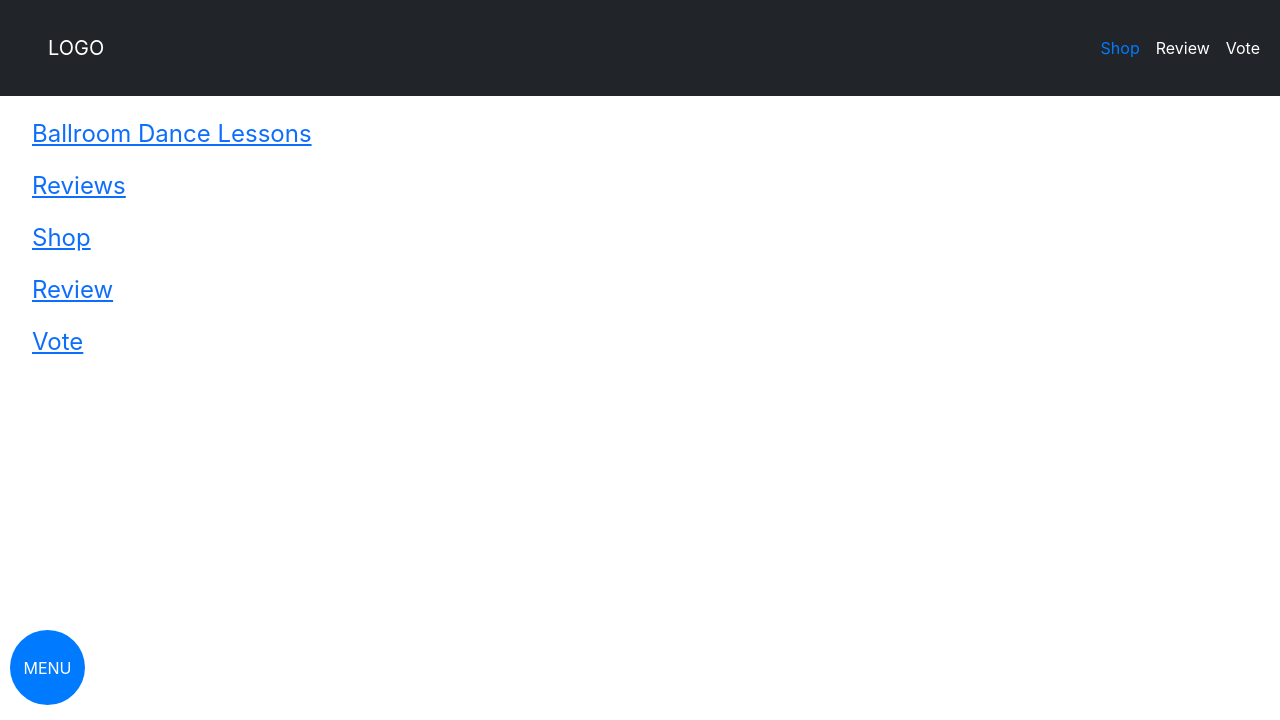
Repository: DragonFruit8/basic-website
Page: /shop
An editor plug-in stored every save of this project. The page is shown before and after the next save, followed by the edit.
The browser window is 1280 px wide. The pictures show the whole page.
The project was rebuilt for these pictures with package versions that can differ from the ones it lists, and the page was loaded fresh each time. Also part of the build but not shown: src/sections/MissionSec.js, src/sections/AboutSec.js, src/sections/ServiceSec.js, src/Img/LunaLogo.js, src/sections/SupportSec.js, src/sections/HeroSec.js, src/pages/HomePage.js.

Above is the page before, as saved 2024-06-23 08:53:52.

### public/index.html
<!DOCTYPE html>
<html lang="en">
  <head>
    <meta charset="utf-8" />
    <link rel="icon" href="%PUBLIC_URL%/favicon.ico" />
    <meta name="viewport" content="width=device-width, initial-scale=1" />
    <meta name="theme-color" content="#000000" />
    <meta
      name="description"
      content="Web site created using create-react-app"
    />
    <link rel="apple-touch-icon" href="%PUBLIC_URL%/logo192.png" />
    <!--
      manifest.json provides metadata used when your web app is installed on a
      user's mobile device or desktop. See https://developers.google.com/web/fundamentals/web-app-manifest/
    -->
    <link rel="manifest" href="%PUBLIC_URL%/manifest.json" />
    <link href="https://cdn.jsdelivr.net/npm/bootstrap@5.3.3/dist/css/bootstrap.min.css" rel="stylesheet" integrity="sha384-QWTKZyjpPEjISv5WaRU9OFeRpok6YctnYmDr5pNlyT2bRjXh0JMhjY6hW+ALEwIH" crossorigin="anonymous">
    <!--
      Notice the use of %PUBLIC_URL% in the tags above.
      It will be replaced with the URL of the `public` folder during the build.
      Only files inside the `public` folder can be referenced from the HTML.

      Unlike "/favicon.ico" or "favicon.ico", "%PUBLIC_URL%/favicon.ico" will
      work correctly both with client-side routing and a non-root public URL.
      Learn how to configure a non-root public URL by running `npm run build`.
    -->
    <title>React App</title>
  </head>
  <body>
    <noscript>You need to enable JavaScript to run this app.</noscript>
    <div id="root"></div>
    <!--
      This HTML file is a template.
      If you open it directly in the browser, you will see an empty page.

      You can add webfonts, meta tags, or analytics to this file.
      The build step will place the bundled scripts into the <body> tag.

      To begin the development, run `npm start` or `yarn start`.
      To create a production bundle, use `npm run build` or `yarn build`.
    -->
    <script src="https://cdn.jsdelivr.net/npm/@popperjs/core@2.11.8/dist/umd/popper.min.js" integrity="sha384-I7E8VVD/ismYTF4hNIPjVp/Zjvgyol6VFvRkX/vR+Vc4jQkC+hVqc2pM8ODewa9r" crossorigin="anonymous"></script>
<script src="https://cdn.jsdelivr.net/npm/bootstrap@5.3.3/dist/js/bootstrap.min.js" integrity="sha384-0pUGZvbkm6XF6gxjEnlmuGrJXVbNuzT9qBBavbLwCsOGabYfZo0T0to5eqruptLy" crossorigin="anonymous"></script>
  </body>
</html>

### src/App.js
import React from 'react';
import { BrowserRouter as Router, Routes, Route } from 'react-router-dom';
import './App.css';
import Navbar from './components/Navbar';
import Sidebar from './components/Sidebar';
import HomePage from './pages/HomePage';
import ShopPage from './pages/ShopPage';

function App() {

  return (
    <>
      <Router>
        <Navbar />
        <Sidebar />
        <Routes>
          <Route path="/" element={<HomePage />} />
          <Route path="/shop" element={<ShopPage />} />
        </Routes>
   </Router>
    </>
  );
}

export default App;

### src/App.css
.App {
  text-align: center;
  z-index: -10;
}

.App-logo {
  height: 40vmin;
  pointer-events: none;
  z-index: 0;
}

@media (prefers-reduced-motion: no-preference) {
  .App-logo {
    animation: App-logo-spin infinite 20s linear;
  }
}

.App-header {
  background-color: #282c34;
  min-height: 100vh;
  display: flex;
  flex-direction: column;
  align-items: center;
  justify-content: center;
  font-size: calc(10px + 2vmin);
  color: white;
}

.App-link {
  color: #61dafb;
}
#sidebar {
  display: flex;
  flex-direction: column;
  background-color: transparent !important;
  height: 100%;
  width: 100px;
  position: fixed;
  top: 55px;
  left: 0;
  z-index: 1;
  overflow-x: hidden;
  padding-top: 20px;
  z-index: 10;
  /* rounded corners*/
  border-radius: 100px;

}

#offcanvasNavbar{
  position: fixed;
  margin-top: 55px;
}

#sidebarButton {
  position: absolute;
  bottom: 100px;
  left: 0px;
  width: 75px;
  height: 75px;
  border: none;
  color: white;
  padding: 10px 10px;
  text-align: center;
  text-decoration: none;
  display: inline-block;
  font-size: 16px;
  margin: auto auto -30px 10px;
  cursor: pointer;
  z-index: 100;
  border-radius: 100%;
  background-color: #007bff;
}

#closeButton, .btn-close {
  color: white !important;
  margin-left: 15px;
}
#aboutSec {
  height: 75vh;
}
.offcanvas-body {
 padding: 0 100px 0 100px;
}
#luna {
  position: relative;
  background-size: cover;
  background-repeat: no-repeat;
  background-position: center;
  height: auto;
  width: 250px;
  margin: 0 auto;
}

/* HomePage Hero */
.hero {
  height: 100vh;
  width: 100%;
  display: flex;
  align-items: center;
  color: white !important;
  text-align: center;
  font-size: 2rem;
  font-weight: 700;
  background: url('https://unsplash.com/photos/photo-of-outer-space-Q1p7bh3SHj8');
  background-size: cover;
  background-repeat: no-repeat;
  background-position: center;
  background-color: rgba(0, 0, 0, 0.8);

}
.hero-content
.dropdown-item {
  width: 100%;
  margin: 0 auto;
  color: white;
  background-color: #007bff;
}
.dropdown-item:hover {
  background-color: #0056b3;
  color: white;
}


a.nav-link, a.nav-item {
  color: white !important;
}
a.nav-link, a.nav-item {
 padding: 20px 0 20px 0;
}

a.nav-link:hover, a.nav-item:hover {
  color: #ffd000 !important;
}
a.active {
  color: #007bff !important;
}

@keyframes App-logo-spin {
  from {
    transform: rotate(0deg);
  }
  to {
    transform: rotate(360deg);
  }
}

### src/components/Navbar.js
import React from 'react';
import data from '../../src/data';
// import axio from '../Instance';
// import Button from 'react-bootstrap/Button';
// import Modal from 'react-bootstrap/Modal';


const Navbar = () => {

    // const [email, setEmail] = useState('');
    // const [comment, setComment] = useState('');
    // const [show, setShow] = useState(false);

    // const handleClose = () => setShow(false);
    // const handleShow = () => setShow(true);

    // const clearForm = () => {
    //     setEmail('');
    //     setComment('');
    // };



    // const handleSubmit = (event) => {
    //     event.preventDefault();

    //     axio.post('/comments', {
    //         email,
    //         comment
    //     })
    //         .then(() => {
    //             console.log('Review submitted');
    //         })
    //         .catch((error) => {
    //             console.log(error);
    //         });
    //     clearForm();
    // };

    const path = window.location.pathname;
    return (
        <>
            {/* navbar navbar-expand-lg bg-body-tertiary navbar-dark bg-dark */}
            <nav className="navbar navbar-dark navbar-expand-lg bg-dark fixed-top">
                <div className="container-fluid ps-5">
                    <a className="navbar-brand" href="/">LOGO</a>
                    <button className="navbar-toggler" type="button" data-bs-toggle="collapse" data-bs-target="#navbarNav" aria-controls="navbarNav" aria-expanded="false" aria-label="Toggle navigation">
                        <span className="navbar-toggler-icon"></span>
                    </button>
                    <div className="collapse navbar-collapse" id="navbarNav">
                        <ul className="navbar-nav my-2 ms-auto me-0">
                            <li className="nav-item">
                                <a className={`nav-link ${path === `/${data.link1.b}` ? 'active' : ''}`} aria-current="page" href={`/${data.link1.b}`}>{data.link1.a}</a>
                            </li>
                            <li className="nav-item">
                                <a className={`nav-link ${path === `/${data.link2.b}` ? 'active' : ''}`} aria-current="page" href={`/${data.link2.b}`}>{data.link2.a}</a>
                            </li>
                            <li className="nav-item">
                                <a className={`nav-link ${path === `/${data.link3.b}` ? 'active' : ''}`} aria-current="page" href={`/${data.link3.b}`}>{data.link3.a}</a>
                            </li>
                        </ul>
                        {/* <span id='reviewModal' className="d-flex">
                                <Button variant="primary" onClick={handleShow}>Write a Review</Button>
                            </span> */}
                    </div>
                </div>
            </nav>
            {/* <Modal show={show} onHide={handleClose}>
                <Modal.Header closeButton>
                    <Modal.Title>Modal heading</Modal.Title>
                </Modal.Header>
                <Modal.Body>
                    <div
                        className="modal show"
                        style={{ display: 'block', position: 'initial' }}
                    >
                        <form // onSubmit={handleSubmit}
                        >
                            <div className="form-group">
                                <label htmlFor="email"
                                    className='form-label fs-5'
                                >Email</label>
                                <input
                                    type="email"
                                    id="email"
                                    value={email}
                                    onChange={(event) => setEmail(event.target.value)}
                                    required
                                    className='form-control'
                                />
                            </div>
                            <div className="form-group">
                                <label htmlFor="comment"
                                    className='form-label fs-5'
                                >Comment</label>
                                <textarea
                                    id="comment"
                                    value={comment}
                                    onChange={(event) => setComment(event.target.value)}
                                    required
                                    className='form-control'
                                />
                            </div>
                            <Button type="submit">Submit</Button>
                        </form>
                    </div>
                </Modal.Body>
                <Modal.Footer>
                    <Button variant="secondary" onClick={handleClose}>
                        Close
                    </Button>
                </Modal.Footer>
            </Modal> */}
        </>
    );
}

export default Navbar;

### src/components/Sidebar.js
import React from 'react'

export const canvasButton = () => {
    return (
        <button id='sidebarButton' className="btn btn-primary" type="button" data-bs-toggle="offcanvas" data-bs-target="#offcanvasNavbar" aria-controls="offcanvasNavbar">
        MENU
        </button>
    )
    }
export default function Sidebar() {

    return (
        <div>
            <sidebar id="sidebar" className="navbar bg-body-tertiary fixed-top">
                <div className="container-fluid">
                    <div className="offcanvas offcanvas-start bg-dark" tabindex="-1" id="offcanvasNavbar" aria-labelledby="offcanvasNavbarLabel">

                        <div className="offcanvas-body">
                            <ul className="navbar-nav justify-content-end flex-grow-1 pe-3">
                                <li className="nav-item">
                                    <a className="nav-link active" aria-current="page" href="/">Home</a>
                                </li>
                                <li className="nav-item">
                                    <a className="nav-link" href="/">Link</a>
                                </li>
                                <li className="nav-item dropdown">
                                    <a className="nav-link dropdown-toggle" href="/" role="button" data-bs-toggle="dropdown" aria-expanded="false">
                                        Dropdown
                                    </a>
                                    <ul className="dropdown-menu">
                                        <li><a className="dropdown-item" href="/">Action</a></li>
                                        <li><a className="dropdown-item" href="/">Another action</a></li>
                                        <li>
                                            <hr className="dropdown-divider" />
                                        </li>
                                        <li><a className="dropdown-item" href="/">Something else here</a></li>
                                    </ul>
                                </li>
                            </ul>
                            {/* <form className="d-flex mt-3" role="search">
                                <input className="form-control me-2" type="search" placeholder="Search" aria-label="Search" />
                                <button className="btn btn-outline-success" type="submit">Search</button>
                            </form> */}
                        </div>
                    <div className="offcanvas-footer d-flex justify-content-start mb-5 ms-3">
                        {/* <h5 className="offcanvas-title" id="offcanvasNavbarLabel"></h5> */}
                        <button id='close' type="button" className="btn-close" data-bs-dismiss="offcanvas" aria-label="Close"></button>
                    </div>
                    </div>
                </div>
                {
                    canvasButton()
                }
            </sidebar>


        </div>
    )
}

### src/pages/ShopPage.js
import React from 'react';
import data from '../../src/data';

const ShopPage = () => {
    return (
        <div>
            <h1>Shop Page</h1>
            <ul>
                {
                    Object.keys(data).map((key, index) => {
                        return (
                            <ul className='list-unstyled'>
                            <li key={index} className='list-unstyled mt-3 mb-3' style={{ fontSize: '1.5rem' }}>
                                <a href={`/${data[key].b}`}>{data[key].a}</a>
                                </li>
                            </ul>
                        );
                    })
                }
            </ul>
        </div>
    );
};

export default ShopPage;

### src/data.js
const data = {
    thcProductsLink: { a: 'THC Products', b: 'thc-products' },
    ballroomDanceLessonsLink: { a: 'Ballroom Dance Lessons', b: 'ballroom-dance-lessons' },
    reviewsLink: { a: 'Reviews', b: 'reviews' },
    link1: { a: 'Shop', b: 'shop' },
    link2: { a: 'Review', b: 'review' },
    link3: { a: 'Vote', b: 'vote' }
};

export default data;

Loaded but not shown: src/index.js (common file); src/index.css (common file); src/reportWebVitals.js (common file)

After the next save:
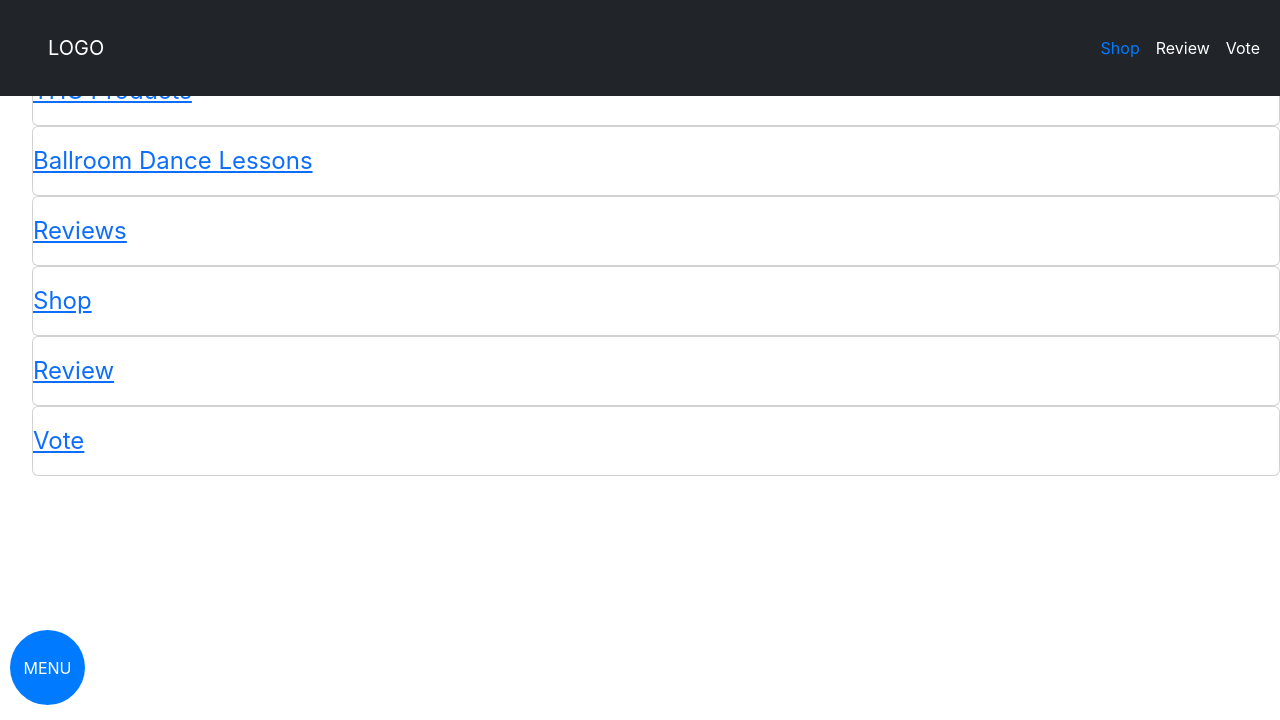
Saved 8 s later.
--- a/src/pages/ShopPage.js
+++ b/src/pages/ShopPage.js
@@ -9,7 +9,7 @@
                 {
                     Object.keys(data).map((key, index) => {
                         return (
-                            <ul className='list-unstyled'>
+                            <ul className='card list-unstyled'>
                             <li key={index} className='list-unstyled mt-3 mb-3' style={{ fontSize: '1.5rem' }}>
                                 <a href={`/${data[key].b}`}>{data[key].a}</a>
                                 </li>
